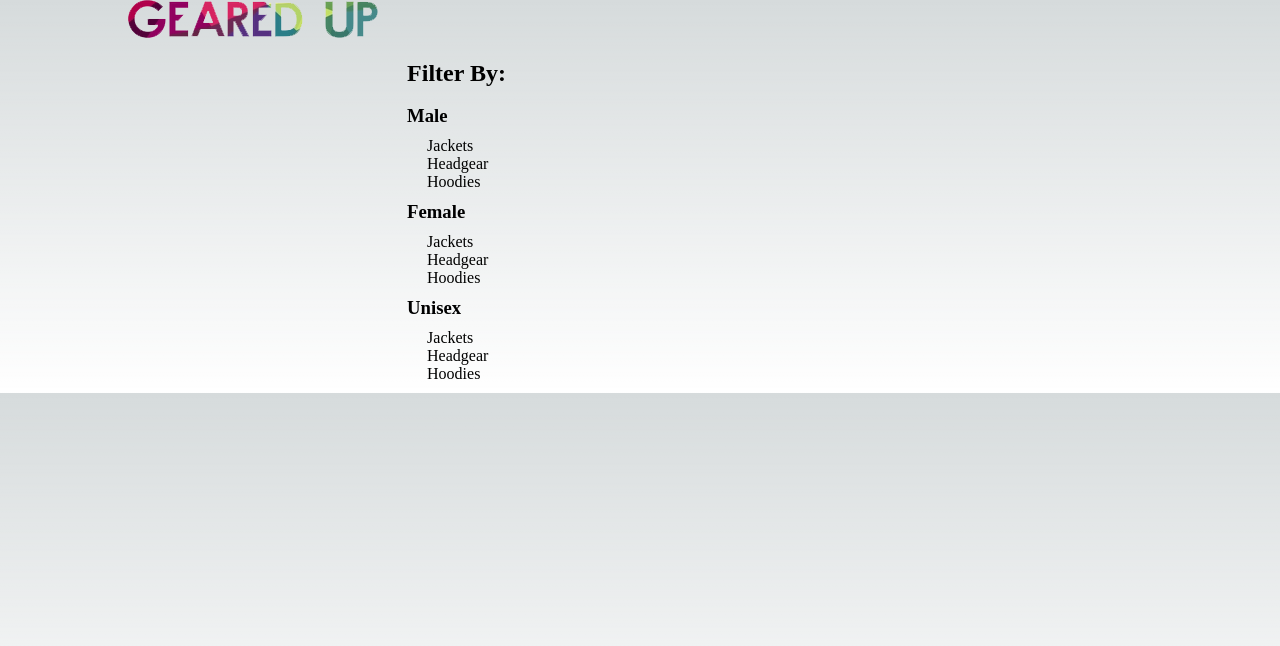
Repository: anoncoderin/madhu-dcd-gearup-assignment2
Page: /
The author's editor kept a copy of each file at every save. The page is drawn from the files as they stood at one save, then again after the next save.
The browser window is 1280 px wide. The pictures show the whole page.
The project was rebuilt for these pictures with package versions that can differ from the ones it lists, and the page was loaded fresh each time. The framework's server and built-in components were replaced by stand-ins that run in the browser. Also part of the build but not shown: next.config.js.

Above is the page before, as saved 2023-03-05 18:03:55.

### pages/index.js
import Head from 'next/head'
import Image from 'next/image'
import styles from '@/styles/Home.module.css'
import { useState } from 'react'
import data from '@/components/Inventory/inventory'




export default function Home() {

  const [cloth, setCloth] = useState(data.clothing);
  const [selection, setSelection] = useState([]);

  return (
    <>
      <Head>
        <title>Geared Up Online Store BCITSA</title>
        <meta name="description" content="Generated by create next app" />
        <meta name="viewport" content="width=device-width, initial-scale=1" />
        <link rel="icon" href="/favicon/favicon.ico" />
      </Head>
      <main>
        <div className={styles.logo}><img src={'logo/logo/logo.png'} /></div>
        <div className={styles.container}>
          <div className={styles.filters}>
            <br></br>
            <h2>Filter By:</h2>
            <br></br>
            <h3 onClick={() => setSelection(['Male', ''])}>Male</h3>
            <div className={styles.list}>
              <li onClick={() => setSelection(['Male', 'Jackets'])}>Jackets</li>
              <li onClick={() => setSelection(['Male', 'Headgear'])}>Headgear</li>
              <li onClick={() => setSelection(['Male', 'Hoodies'])}>Hoodies</li>
            </div>
            <h3 onClick={() => setSelection(['Female', ''])}>Female</h3>
            <div className={styles.list}>
              <li onClick={() => setSelection(['Female', 'Jackets'])}>Jackets</li>
              <li onClick={() => setSelection(['Female', 'Headgear'])}>Headgear</li>
              <li onClick={() => setSelection(['Female', 'Hoodies'])}>Hoodies</li>
            </div>
            <h3 onClick={() => setSelection(['Unisex', ''])}>Unisex</h3>
            <div className={styles.list}>
              <li onClick={() => setSelection(['Unisex', 'Jackets'])}>Jackets</li>
              <li onClick={() => setSelection(['Unisex', 'Headgear'])}>Headgear</li>
              <li onClick={() => setSelection(['Unisex', 'Hoodies'])}>Hoodies</li>
            </div>
          </div>
          <div className={styles.itemlist}>

            {
              cloth && cloth.map((c, index) => {

                if (selection[0] == c.sex && ((selection[1] == c.category) || (selection[1] == '')))
                 {
                  return (
                    <div key={index}>
                      <Image src={c.image} width={200} height={200} />
                      <p>{c.title}</p>
                      <p>{c.cost}</p>

                      <div className={styles.colorlist}>
                        {
                          c.colours && c.colours.map((col, index) => {
                            return (
                              <div className={styles.dot} style={{ backgroundColor: col }} />
                            )

                          })
                        }
                      </div>

                    </div>)

                }


              })
            }

          </div>
        </div>

      </main>
    </>
  )
}

### styles/globals.css
:root {
  --max-width: 1100px;
  --border-radius: 12px;
  --font-mono: ui-monospace, Menlo, Monaco, 'Cascadia Mono', 'Segoe UI Mono',
    'Roboto Mono', 'Oxygen Mono', 'Ubuntu Monospace', 'Source Code Pro',
    'Fira Mono', 'Droid Sans Mono', 'Courier New', monospace;

  --foreground-rgb: 0, 0, 0;
  --background-start-rgb: 214, 219, 220;
  --background-end-rgb: 255, 255, 255;

  --primary-glow: conic-gradient(
    from 180deg at 50% 50%,
    #16abff33 0deg,
    #0885ff33 55deg,
    #54d6ff33 120deg,
    #0071ff33 160deg,
    transparent 360deg
  );
  --secondary-glow: radial-gradient(
    rgba(255, 255, 255, 1),
    rgba(255, 255, 255, 0)
  );

  --tile-start-rgb: 239, 245, 249;
  --tile-end-rgb: 228, 232, 233;
  --tile-border: conic-gradient(
    #00000080,
    #00000040,
    #00000030,
    #00000020,
    #00000010,
    #00000010,
    #00000080
  );

  --callout-rgb: 238, 240, 241;
  --callout-border-rgb: 172, 175, 176;
  --card-rgb: 180, 185, 188;
  --card-border-rgb: 131, 134, 135;
}

button{
  width: 50px;

}

@media (prefers-color-scheme: dark) {
  :root {
    --foreground-rgb: 255, 255, 255;
    --background-start-rgb: 0, 0, 0;
    --background-end-rgb: 0, 0, 0;

    --primary-glow: radial-gradient(rgba(1, 65, 255, 0.4), rgba(1, 65, 255, 0));
    --secondary-glow: linear-gradient(
      to bottom right,
      rgba(1, 65, 255, 0),
      rgba(1, 65, 255, 0),
      rgba(1, 65, 255, 0.3)
    );

    --tile-start-rgb: 2, 13, 46;
    --tile-end-rgb: 2, 5, 19;
    --tile-border: conic-gradient(
      #ffffff80,
      #ffffff40,
      #ffffff30,
      #ffffff20,
      #ffffff10,
      #ffffff10,
      #ffffff80
    );

    --callout-rgb: 20, 20, 20;
    --callout-border-rgb: 108, 108, 108;
    --card-rgb: 100, 100, 100;
    --card-border-rgb: 200, 200, 200;
  }
}

* {
  box-sizing: border-box;
  padding: 0;
  margin: 0;
}

html,
body {
  max-width: 100vw;
  overflow-x: hidden;
}

body {
  color: rgb(var(--foreground-rgb));
  background: linear-gradient(
      to bottom,
      transparent,
      rgb(var(--background-end-rgb))
    )
    rgb(var(--background-start-rgb));
}

a {
  color: inherit;
  text-decoration: none;
}

@media (prefers-color-scheme: dark) {
  html {
    color-scheme: dark;
  }
}

### styles/Home.module.css
.filters{
  display: flex;
  flex-direction: column;
  align-items: left;
  margin-left: 20px;

}

.dot {
  height: 25px;
  width: 25px;

  border-radius: 50%;

}
.container{
  display: flex;
  flex-direction: row;
  justify-content: space-evenly;
}

.colorlist{
  display: flex;
  flex-direction: row;
  gap: 2px;
}
.itemlist{
  display: flex;
  flex-direction: row;
}
.list{
  margin-left: 10px;
  list-style: none;
 padding : 10px;
}
.logo{
  margin-left: 10vw;
  margin-top: ;
}




.grid {
  display: grid;
  grid-template-columns: repeat(4, minmax(25%, auto));
  width: var(--max-width);
  max-width: 100%;
}

.card {
  padding: 1rem 1.2rem;
  border-radius: var(--border-radius);
  background: rgba(var(--card-rgb), 0);
  border: 1px solid rgba(var(--card-border-rgb), 0);
  transition: background 200ms, border 200ms;
}

.card span {
  display: inline-block;
  transition: transform 200ms;
}

.card h2 {
  font-weight: 600;
  margin-bottom: 0.7rem;
}

.card p {
  margin: 0;
  opacity: 0.6;
  font-size: 0.9rem;
  line-height: 1.5;
  max-width: 30ch;
}

.center {
  display: flex;
  justify-content: center;
  align-items: center;
  position: relative;
  padding: 4rem 0;
}

.center::before {
  background: var(--secondary-glow);
  border-radius: 50%;
  width: 480px;
  height: 360px;
  margin-left: -400px;
}

.center::after {
  background: var(--primary-glow);
  width: 240px;
  height: 180px;
  z-index: -1;
}

.center::before,
.center::after {
  content: '';
  left: 50%;
  position: absolute;
  filter: blur(45px);
  transform: translateZ(0);
}

.logo,
.thirteen {
  position: relative;
}

.thirteen {
  display: flex;
  justify-content: center;
  align-items: center;
  width: 75px;
  height: 75px;
  padding: 25px 10px;
  margin-left: 16px;
  transform: translateZ(0);
  border-radius: var(--border-radius);
  overflow: hidden;
  box-shadow: 0px 2px 8px -1px #0000001a;
}

.thirteen::before,
.thirteen::after {
  content: '';
  position: absolute;
  z-index: -1;
}

/* Conic Gradient Animation */
.thirteen::before {
  animation: 6s rotate linear infinite;
  width: 200%;
  height: 200%;
  background: var(--tile-border);
}

/* Inner Square */
.thirteen::after {
  inset: 0;
  padding: 1px;
  border-radius: var(--border-radius);
  background: linear-gradient(
    to bottom right,
    rgba(var(--tile-start-rgb), 1),
    rgba(var(--tile-end-rgb), 1)
  );
  background-clip: content-box;
}

/* Enable hover only on non-touch devices */
@media (hover: hover) and (pointer: fine) {
  .card:hover {
    background: rgba(var(--card-rgb), 0.1);
    border: 1px solid rgba(var(--card-border-rgb), 0.15);
  }

  .card:hover span {
    transform: translateX(4px);
  }
}

@media (prefers-reduced-motion) {
  .thirteen::before {
    animation: none;
  }

  .card:hover span {
    transform: none;
  }
}

/* Mobile */
@media (max-width: 700px) {
  .content {
    padding: 4rem;
  }

  .grid {
    grid-template-columns: 1fr;
    margin-bottom: 120px;
    max-width: 320px;
    text-align: center;
  }

  .card {
    padding: 1rem 2.5rem;
  }

  .card h2 {
    margin-bottom: 0.5rem;
  }

  .center {
    padding: 8rem 0 6rem;
  }

  .center::before {
    transform: none;
    height: 300px;
  }

  .description {
    font-size: 0.8rem;
  }

  .description a {
    padding: 1rem;
  }

  .description p,
  .description div {
    display: flex;
    justify-content: center;
    position: fixed;
    width: 100%;
  }

  .description p {
    align-items: center;
    inset: 0 0 auto;
    padding: 2rem 1rem 1.4rem;
    border-radius: 0;
    border: none;
    border-bottom: 1px solid rgba(var(--callout-border-rgb), 0.25);
    background: linear-gradient(
      to bottom,
      rgba(var(--background-start-rgb), 1),
      rgba(var(--callout-rgb), 0.5)
    );
    background-clip: padding-box;
    backdrop-filter: blur(24px);
  }

  .description div {
    align-items: flex-end;
    pointer-events: none;
    inset: auto 0 0;
    padding: 2rem;
    height: 200px;
    background: linear-gradient(
      to bottom,
      transparent 0%,
      rgb(var(--background-end-rgb)) 40%
    );
    z-index: 1;
  }
}

/* Tablet and Smaller Desktop */
@media (min-width: 701px) and (max-width: 1120px) {
  .grid {
    grid-template-columns: repeat(2, 50%);
  }
}

@media (prefers-color-scheme: dark) {
  .vercelLogo {
    filter: invert(1);
  }

  .logo,
  .thirteen img {
    filter: invert(1) drop-shadow(0 0 0.3rem #ffffff70);
  }
}

@keyframes rotate {
  from {
    transform: rotate(360deg);
  }
  to {
    transform: rotate(0deg);
  }
}

### components/Inventory/inventory.js



const inventory ={company:"BCITSA Geared Up",
clothing:[
    {
        category:"Hoodies",
        sex:"Female",
        title:"Russell Athletic Hood",
        colours:["black", "charcoal", "green", "grey", "maroon", "navy"],
        hex:["#000", "#3E464B", "#24564A", "#B4B8B9", "#5F3A42", "#313F4F"],
        image:"/products/products/hoodies/russell_athletic_hood_black.png",
        cost:69.99
    },
    {
        category:"Hoodies",
        sex:"Male",
        title:"Aerospace",
        colours:["black", "navy"],
        hex:["#000", "#313F4F"],
        image:"/products/products/hoodies/hood_aerospace_black.png",
        cost:59.99
    },
    {
        category:"Hoodies",
        sex:"Female",
        title:"Classic Avalon Fleece Hoodie",
        colours:["black", "navy"],
        hex:["#000", "#313F4F"],
        image:"/products/products/hoodies/classic_avalon_fleece_hoodie_black.png",
        cost:57.99
    },
    {
        category:"Hoodies",
        sex:"Unisex",
        title:"Champion Full-Zup Hoodie",
        colours:["black", "grey","maroon","navy","green"],
        hex:["#000","#B4B8B9", "#5F3A42", "#313F4F"],
        image:"/products/products/hoodies/champion_full_zip_hoodie_black.png",
        cost:79.99
    },
    {
        category:"Hoodies",
        sex:"Male",
        title:"Forestry",
        colours:["green"],
        hex:["#24564A"],
        image:"/products/products/hoodies/hoodie_forestry_green.png",
        cost:59.99
    },
    {
        category:"Jackets",
        sex:"Male",
        title:"Waterproof Jacket",
        colours:["black", "graphite", "navy"],
        hex:["#000", "#69686D", "#313F4F"],
        image:"/products/products/jackets/waterproof_jacket_black.png",
        cost:79.99
    },
    {
        category:"Jackets",
        sex:"Female",
        title:"Soft Shell Hooded Jacket",
        colours:["black", "navy"],
        hex:["#000", "#313F4F"],
        image:"/products/products/jackets/soft_shell_hooded_jacket_black.png",
        cost:82.99
    },
    {
        category:"Headgear",
        sex:"Unisex",
        title:"Legacy Adjustable Hat",
        colours:["stone", "burgundy", "slate blue", "grey", "navy"],
        hex:["#25242D", "#DBDCD7", "#7F2430", "#595B76", "#685E66"],
        image:"/products/products/headgear/legacy_adjustable_hat_navy.png",
        cost:29.99
    },
    {
        category:"Headgear",
        sex:"Unisex",
        title:"Legacy Hat Trucker",
        colours:["cardinal", "orange", "green", "gold"],
        hex:["#5C5A4D", "#CA5927", "#43483B", "#F9BE14"],
        image:"/products/products/headgear/legacy_adjustable_hat_navy.png",
        cost:36.99
    },
    {
        category:"Headgear",
        sex:"Unisex",
        title:"Legacy Toque",
        colours:["black"],
        hex: ["#000"],
        image:"/products/products/headgear/legacy_toque_black.png",
        cost:3.499
    }
]


}
export default inventory;

Loaded but not shown: pages/_app.js (common file); pages/_document.js (common file)

After the next save:
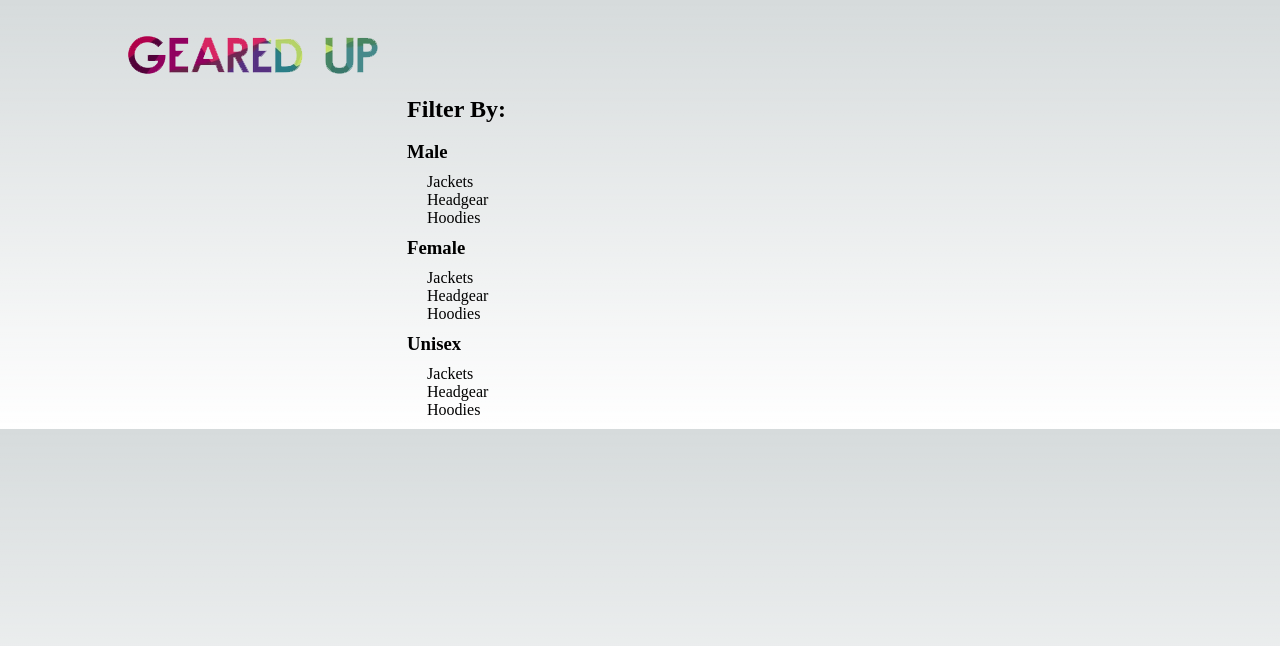
Saved 6 s later.
--- a/styles/Home.module.css
+++ b/styles/Home.module.css
@@ -35,7 +35,7 @@
 }
 .logo{
   margin-left: 10vw;
-  margin-top: ;
+  margin-top: 5vh;
 }
 
 
